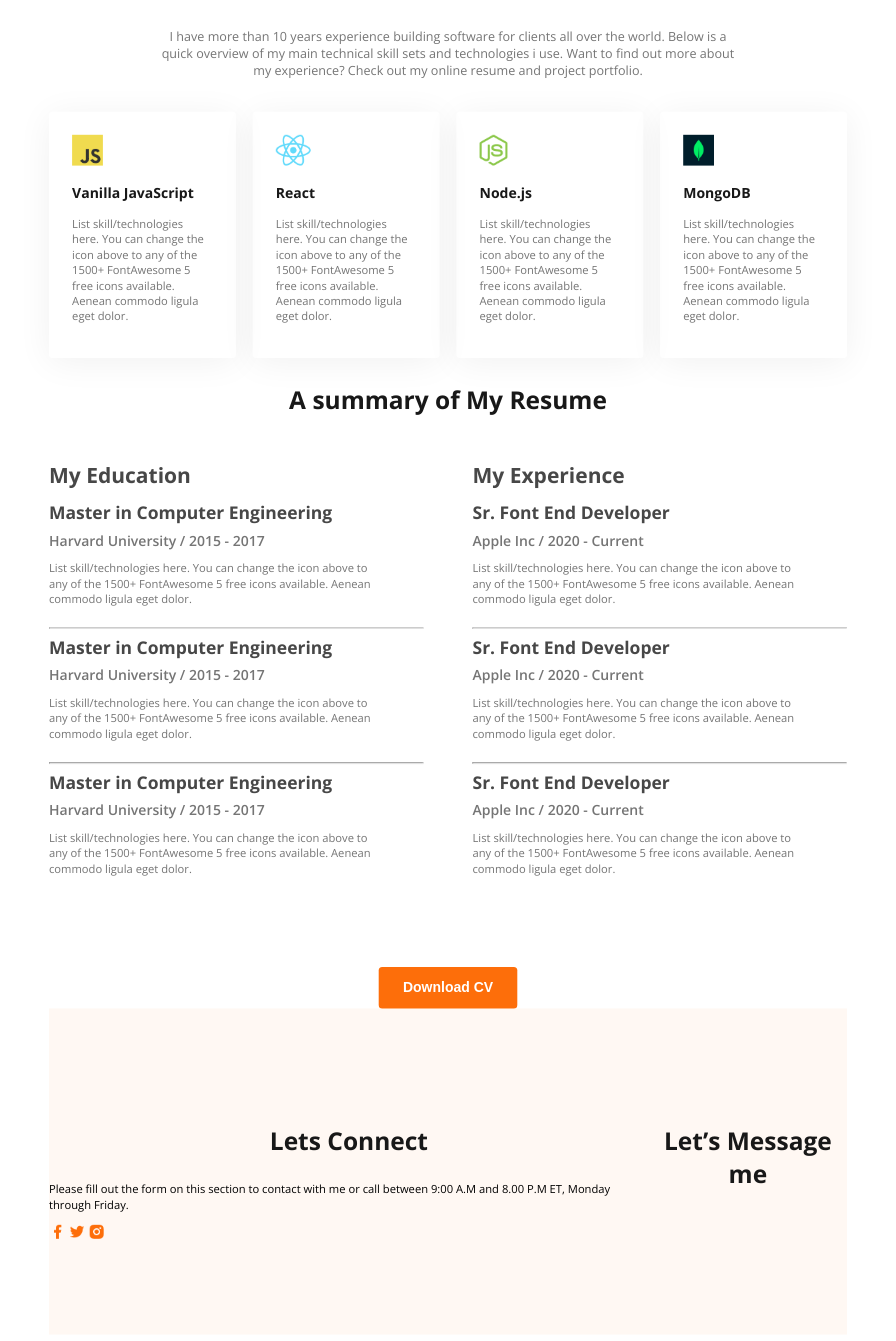
Repository: ShouravAhammed/Simple-Portfolio-Webpage
Page: index.html
An editor plug-in stored every save of this project. The page is shown before and after the next save, followed by the edit.
The browser window is 1280 px wide. The pictures show the part of the page from y = 1701 to 3621 px (the page is 3616 px tall before and 3621 px after), at 70% of full size.

Above is the page before, as saved 2024-01-06 03:48:38.

### index.html
<!DOCTYPE html>
<html lang="en">
<head>
    <meta charset="UTF-8">
    <meta name="viewport" content="width=device-width, initial-scale=1.0">
    <title>Mary</title>
    <link rel="stylesheet" href="index.css">
</head>
<body>
    <header class="header">
        <nav>
            <h3 class="nav-title">Ma<span class="text-primary">r</span>y</h3>
            <ul class="navber">
                <li><a href="">Portfolio</a></li>
                <li><a href="">Blog</a></li>
                <li><button class="btn-primary">Hire Me</button></li>
            </ul>
        </nav>
        <div class="banner">
            <div class="banner-content">
                <h3 class="banner-greeting">Hi, I  am</h3>
                <h1 class="banner-title">Mary Hardy</h1>
                <p class="banner-description">Shot what able cold new see hold.Friendly as an betrayed formerly he. Morning because as to society behaved moments.</p>
                <button class="btn-primary">Download</button>
                <button class="btn-primary">Contact</button>
            </div>
            <img class="profile-pic" src="images/hardy.png" alt="profile-pic">
        </div>
    </header>
    <main>
        <section class="about">
            <h3 class="section-title">About Me</h3>
            <p class="section-description">I, m a designer & developer with a passion for web design. I enjoy developing simple, clean and slick websites that provide real value to the end user. Thousands of clients have procured exceptional resulfs while working with me. Delivering work within time and budget which meets clients requirements in our mata.</p>
            <div class="about-info-container">
                <div class="about-info">
                    <h4 class="info-title">Name:</h4>
                    <p class="info-description">Mary Hardy</p>
                </div>
                <div class="about-info">
                    <h4 class="info-title">Email:</h4>
                    <p class="info-description">info@gmail.com</p>
                </div>
                <div class="about-info">
                    <h4 class="info-title">Date of birth:</h4>
                    <p class="info-description">11 November 1987</p>
                </div>
                <div class="about-info">
                    <h4 class="info-title">From:</h4>
                    <p class="info-description">Los Angeles, USA</p>
                </div>
            </div>
        </section>
        <!-- what i do section  -->
        <section>
            <h3 class="section-title">What I do</h3>
            <p id="what-i-do-description" class="section-description">I have more than 10 years experience building software for clients all over the world. Below is a quick overview of my main technical skill sets and technologies i use. Want to find out more about my experience? Check out my online resume and project portfolio.</p>
            <div class="skills-container">
                <div class="skills">
                    <img src="images/icons/js.png" alt="">
                    <h3 class="skills-title">Vanilla JavaScript</h3>
                    <p class="skills-description">List skill/technologies here. You can change the icon above to any of the 1500+ FontAwesome 5 free icons available. Aenean commodo ligula eget dolor.</p>
                </div>
                <div class="skills">
                    <img src="images/icons/react.png" alt="">
                    <h3 class="skills-title">React</h3>
                    <p class="skills-description">List skill/technologies here. You can change the icon above to any of the 1500+ FontAwesome 5 free icons available. Aenean commodo ligula eget dolor.</p>
                </div>
                <div class="skills">
                    <img src="images/icons/nodejs.png" alt="">
                    <h3 class="skills-title">Node.js</h3>
                    <p class="skills-description">List skill/technologies here. You can change the icon above to any of the 1500+ FontAwesome 5 free icons available. Aenean commodo ligula eget dolor.</p>
                </div>
                <div class="skills">
                    <img src="images/icons/mongo.png" alt="">
                    <h3 class="skills-title">MongoDB</h3>
                    <p class="skills-description">List skill/technologies here. You can change the icon above to any of the 1500+ FontAwesome 5 free icons available. Aenean commodo ligula eget dolor.</p>
                </div>
            </div>
        </section>
        <!-- Resume section -->
        <section>
            <h3 class="section-title">A summary of My Resume</h3>
            <div class="resume-container">
                <div class="resume-colum">
                    <h3 class="resume-column-title">My Education</h3>
                    <div class="resume-item">
                        <h3 class="resume-item-title">Master in Computer Engineering</h3>
                        <h4 class="resume-item-institute">Harvard University / 2015 - 2017</h4>
                        <p class="resume-item-description">List skill/technologies here. You can change the icon above
                            to any of the 1500+ FontAwesome 5 free icons available. Aenean commodo ligula eget dolor.</p>
                    </div>
                    <hr>
                    <div class="resume-item">
                        <h3 class="resume-item-title">Master in Computer Engineering</h3>
                        <h4 class="resume-item-institute">Harvard University / 2015 - 2017</h4>
                        <p class="resume-item-description">List skill/technologies here. You can change the icon above
                            to any of the 1500+ FontAwesome 5 free icons available. Aenean commodo ligula eget dolor.</p>
                    </div>
                    <hr>
                    <div class="resume-item">
                        <h3 class="resume-item-title">Master in Computer Engineering</h3>
                        <h4 class="resume-item-institute">Harvard University / 2015 - 2017</h4>
                        <p class="resume-item-description">List skill/technologies here. You can change the icon above
                            to any of the 1500+ FontAwesome 5 free icons available. Aenean commodo ligula eget dolor.</p>
                    </div>
                </div>
                <div class="resume-colum">
                    <h3 class="resume-column-title">My Experience</h3>
                    <div class="resume-item">
                        <h3 class="resume-item-title">Sr. Font End Developer</h3>
                        <h4 class="resume-item-institute">Apple Inc / 2020 - Current</h4>
                        <p class="resume-item-description">List skill/technologies here. You can change the icon above
                            to any of the 1500+ FontAwesome 5 free icons available. Aenean commodo ligula eget dolor.</p>
                    </div>
                    <hr>
                    <div class="resume-item">
                        <h3 class="resume-item-title">Sr. Font End Developer</h3>
                        <h4 class="resume-item-institute">Apple Inc / 2020 - Current</h4>
                        <p class="resume-item-description">List skill/technologies here. You can change the icon above
                            to any of the 1500+ FontAwesome 5 free icons available. Aenean commodo ligula eget dolor.</p>
                    </div>
                    <hr>
                    <div class="resume-item">
                        <h3 class="resume-item-title">Sr. Font End Developer</h3>
                        <h4 class="resume-item-institute">Apple Inc / 2020 - Current</h4>
                        <p class="resume-item-description">List skill/technologies here. You can change the icon above
                            to any of the 1500+ FontAwesome 5 free icons available. Aenean commodo ligula eget dolor.</p>
                    </div>
                </div>
            </div>
            <div class="download-cv">
                <button class="btn-primary">Download CV</button>
            </div>
        </section>
    </main>
    <footer>
        <div class="footer-column">
            <h3 class="section-title">Lets Connect</h3>
            <p class="footer-description">Please fill out the form on this section to contact with me or call between 9:00 A.M and 8.00 P.M ET, Monday through Friday.</p>
            <div class="social-link">
                <a href=""><img src="images/icons/facebook.png" alt="facebook"></a>
                <a href=""><img src="images/icons/twitter.png" alt="twitter"></a>
                <a href=""><img src="images/icons/insta.png" alt="insta"></a>
            </div>
        </div>
        <div class="footer-column">
            <h3 class="section-title">Let’s Message me</h3>
        </div>

    </footer>
</body>
</html>

### index.css
@import url('https://fonts.googleapis.com/css2?family=Lato:ital,wght@0,100;0,300;0,400;0,700;0,900;1,100;1,300;1,400;1,700;1,900&display=swap');
@import url('https://fonts.googleapis.com/css2?family=Open+Sans:ital,wght@0,300;0,400;0,500;0,600;0,700;0,800;1,300;1,400;1,500;1,600;1,700;1,800&display=swap');
/* google fonts import */
/* *{
    margin: 0;
    padding: 0;
    outline: 0;
} */
ul, ol{
    list-style: none;
}
body{
    font-family: 'Open Sans', sans-serif;
}
.text-primary{
    color: #FD6E0A;
}
.btn-primary{
    border-radius: 5px;
    color: #fff;
    background: #FD6E0A;
    font-size: 20px;
    font-weight: 700;
    padding: 18px 35px;
    border: 0;
}

/* nav related style */
nav{
    display: flex;
    justify-content: space-between;
    align-items: center;
    margin: 0 200px;
}
.nav-title{
    color: #181818;
    font-size: 45px;
    font-weight: 800;
}
nav > ul{
    display: flex;
    align-items: center;
}
nav li{
    margin-right: 50px;
}
nav a{
    text-decoration: none;
    color: #474747;
}
/* header related style */
.header{
    background: #FFF8F3;
    background-image: url(images/header_bg.png);
    background-position: bottom right;
    background-repeat: no-repeat;
}
.banner{
    display: flex;
    justify-content: space-between;
    padding: 30px 30px 0px 150px;
    align-items: center;
}
.banner-content{
    max-width: 580px;
}
.banner .profile-pic{
    width: 500px;
}
.banner-greeting{
    color: #474747;
    font-size: 45px;
    margin-bottom: 0;
}
.banner-title{
    color: #181818;
    font-size: 85px;
    font-weight: 700;
    margin-top: 5px;
    margin-bottom: 20px;
}
.banner-description{
    color: #575757;
    font-size: 18px;
    font-weight: 400;
    margin-bottom: 20px;
}
/* main part style */
main{
    max-width: 1140px;
    margin: 0 auto;
}
/* about part style */
.about{
    border-radius: 10px;
    background: #FFF8F3;
    margin: 130px 0px;
    padding: 130px 155px;
}
.section-title{
    color: #181818;
    text-align: center;
    font-size: 35px;
    font-weight: 700;
}
.section-description{
    color: #757575;
    text-align: center;
    font-size: 18px;
    font-weight: 400;
}
.about-info-container{
    display: flex;
    justify-content: space-around;
}
.about-info{
    text-align: center;
}
.info-title{
    color:  #757575;
    text-align: center;
    font-size: 20px;
    font-weight: 400;
    margin-bottom: 0px;
}
.info-description{
    color:#474747;
    font-size: 20px;
    font-weight: 700;
    margin-top: 10px;
}
#what-i-do-description{
    padding: 30px 150px;
}
/* what i do section style */
.skills-container{
    display: flex;
    gap: 24px;
}
.skills{
    border-radius: 5px;
    box-shadow: 0px 6px 50px 0px rgba(0, 0, 0, 0.06);
    padding: 33px
}
.skills-title{
    color: #181818;
    font-size: 20px;
    font-weight: 700;
}
.skills-description{
    color:#757575;
    font-size: 16px;
    font-weight: 400;
}
/* Resume sectionpart start */
.resume-container{
    display: flex;
    gap: 70px;
    margin-bottom: 100px;
}
.resume-container hr{
    background: #d1d1d1;
    height: 0.1px;
}
.resume-column-title{
    color:#474747;
    font-size: 30px;
    font-weight: 700;
    margin-bottom: 15px;
}
.resume-item-title{
    color: #474747;
    font-size: 25px;
    font-weight: 700;
    margin-top: 0px;
    margin-bottom: 10px;
}
.resume-item-institute{
    color: #757575;
    font-size: 20px;
    font-weight: 600;
    margin-top: 0px;
    margin-bottom: 15px;
}
.resume-item-description{
    color: #757575;
    font-size: 16px;
    font-weight: 400;
    margin-top: 10px;
    margin-bottom: 30px;
    padding-right: 50px;
}
.download-cv{
    text-align: center;
    margin-top: 50px;
}
/* footer part style */
footer{
    display: flex;
    background: #fff8f3;
    padding: 130px 0;
    max-width: 1140px;
    margin: 0 auto;
}

After the next save:
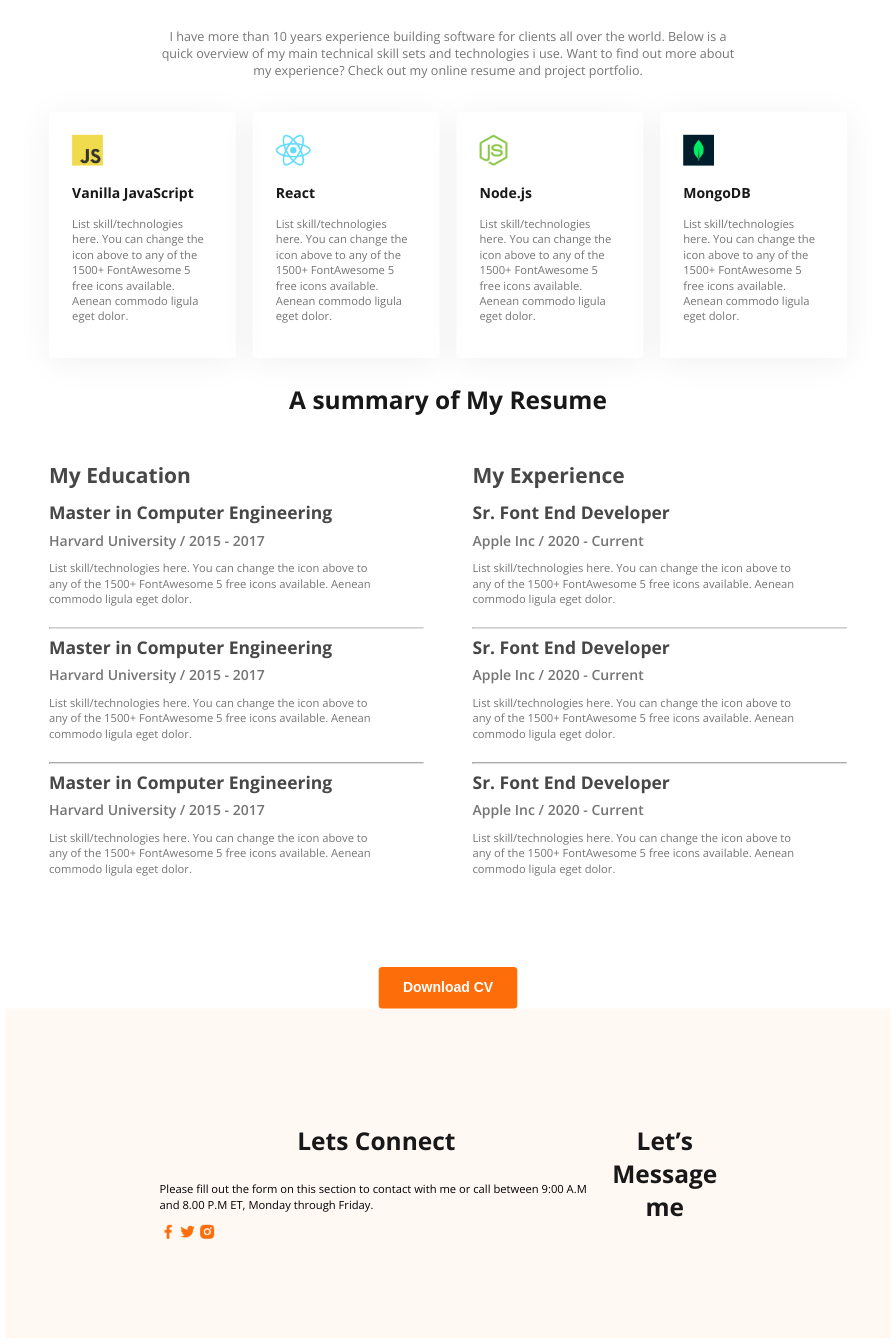
Saved 31 s later.
--- a/index.css
+++ b/index.css
@@ -198,7 +198,7 @@ main{
 footer{
     display: flex;
     background: #fff8f3;
-    padding: 130px 0;
+    padding: 130px 220px;
     max-width: 1140px;
     margin: 0 auto;
 }
